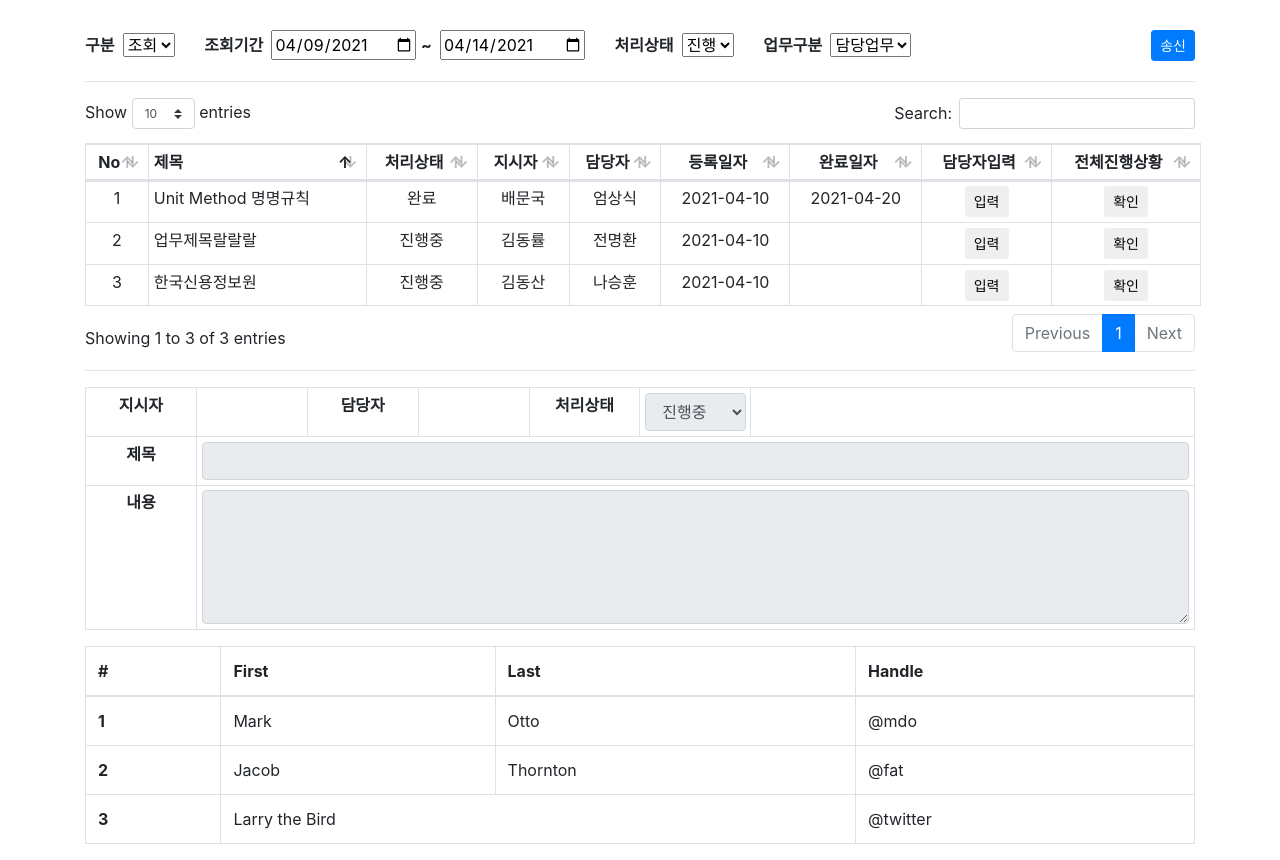
Repository: jungtaeyong/FSB_Project
Page: http://localhost/FsbJobMgt/main.jsp
These files come from the project's save history. The page is drawn as it stood at one moment and after the next save; the edit follows.
The browser window is 1280 px wide. The pictures show the whole page.
The page is served by Tomcat 9.

Above is the page before, as saved 2021-04-16 03:38:24.

### FsbJobMgt/WebContent/main.jsp
<%@ page language="java" contentType="text/html; charset=EUC-KR" pageEncoding="EUC-KR"%>
<%@ include file="/modal1_Adding.jsp" %>

<!DOCTYPE html PUBLIC "-//W3C//DTD HTML 4.01 Transitional//EN" "http://www.w3.org/TR/html4/loose.dtd">
<html>
<head>
<meta http-equiv="Content-Type" content="text/html; charset=EUC-KR">
<title>업무 관리</title>
</head>
<body>
<!-- jquery  -->
<script type="text/javascript" src="js/jquery-3.6.0.min.js"></script>

<!-- bootstrap -->
<link rel="stylesheet" type="text/css" href="lib/Bootstrap-4-4.1.1/css/bootstrap.min.css"/>
<script type="text/javascript" src="lib/Bootstrap-4-4.1.1/js/bootstrap.min.js"></script>

<!-- datatables -->
<link rel="stylesheet" type="text/css" href="lib/DataTables-1.10.24/css/dataTables.bootstrap4.min.css"/>
<script type="text/javascript" src="lib/DataTables-1.10.24/js/jquery.dataTables.min.js"></script>
<script type="text/javascript" src="lib/DataTables-1.10.24/js/dataTables.bootstrap4.min.js"></script>
<script>
$(document).ready(function() {
	/* 초기 조회 조건 세팅 */
	$('#REQUEST_TYPE').val('1'); //구분
	$('#BZWR_STS').val('01'); //처리상태
	$('#BZWR_DSTC').val('2'); //업무구분

	let befor7days= new Date();
	befor7days.setDate(befor7days.getDate()-5);
	document.getElementById('FROM_DATE').valueAsDate = befor7days; //FROM_DATE
	document.getElementById('TO_DATE').valueAsDate = new Date(); //TO_DATE

	/* 테이블 초기 로딩 */
	setTable();

	/* 송신버튼 */
	$('#action_submit').click(function(){
		let dvcd = $('#REQUEST_TYPE').val();
		if(dvcd=='1'){
			alert('조회');
			setTable();
		}else if(dvcd=='2'){
			alert('등록');
			createNewJob();
		}else if(dvcd=='3'){
			alert('변경');
			updateJob();
		}
	});

	/* 구분 변경 이벤트 처리 */
	$('#REQUEST_TYPE').change(function() {
		let dvcd = $('#REQUEST_TYPE').val();
		if(dvcd=='1'){
			$('#BZWR_EXC_CHGR_BTN').hide();
			$('#BZWR_STS_2').attr("disabled",true);
			$('#BZWR_TTL').attr("disabled",true);
			$('#BZWR_CNTN').attr("disabled",true);
		}else if(dvcd=='2'){
			$('#BZWR_INDC_CHGR').text('로그인 유저');
			$('#BZWR_EXC_CHGR').text('');
			$('#BZWR_EXC_CHGR_BTN').show();
			$('#BZWR_STS_2').attr("disabled",true);
			$('#BZWR_TTL').val("");
			$('#BZWR_CNTN').val("");
			$('#BZWR_TTL').removeAttr("disabled");
			$('#BZWR_CNTN').removeAttr("disabled");
		}else if(dvcd=='3'){
			$('#BZWR_EXC_CHGR_BTN').show();
			$('#BZWR_STS_2').removeAttr("disabled");
			$('#BZWR_TTL').removeAttr("disabled");
			$('#BZWR_CNTN').removeAttr("disabled");
			alert('변경할 데이터를 선택해주세요.');
		}
	});

} );

/* 테이블 데이터 로딩 및 기능 세팅 */
function setTable(){
	/* 테이블 데이터 로딩 */
	let jobList = $('#job_list').DataTable( {
        ajax : {
        	url : 'lib/testJson2.json',
        	data : {
        		REQUEST_TYPE:$('#REQUEST_TYPE').val(),
        		FROM_DATE:$('#FROM_DATE').val(),
        		TO_DATE:$('#TO_DATE').val(),
        		BZWR_STS:$('#BZWR_STS').val(),
        		BZWR_DSTC:$('#BZWR_DSTC').val()
        	}
        },
        columns : [
			{data: null },
			{data: "BZWR_TTL" },
            {data: "BZWR_STS", render : function ( data, type, row, meta ) {
            	if(data=="01"){
            		return '진행중';
            	}else if(data=="02"){
            		return '완료';
            	}
            }},
            {data: "BZWR_INDC_CHGR_TXT" },
            {data: "BZWR_EXC_CHGR_TXT" },
            {data: "BZWR_REG_DT" },
            {data: "BZWR_CMPL_DT" },
            {data: null , render : function ( data, type, row, meta ) {
                return '<button name="first_btn" class="btn btn-sm btn-default">입력</button>'
            }},
            {data: null , render : function ( data, type, row, meta ) {
                return '<button name="second_btn" class="btn btn-sm btn-default">확인</button>'
            }}
        ],
        columnDefs: [{ className: 'text-center', targets: [0,2,3,4,5,6,7,8] }],
        order: [[ 1, 'asc' ]]
    } );

	/* 테이블 Index 생성을 위한 함수 */
	jobList.on( 'order.dt search.dt', function () {
		jobList.column(0, {search:'applied', order:'applied'}).nodes().each( function (cell, i) {
            cell.innerHTML = i+1;
        } );
    } ).draw();

	/* 테이블 클릭 이벤트  -> 클릭한 row에 해당하는 데이터를 상세 정보에 보여줌*/
	$('#job_list tbody').on('click', 'td:nth-child(-n+7)', function () {
		let data = jobList.row( this ).data();
        console.log('Table Click Event',data);

		if($('#REQUEST_TYPE').val()!='2'){ //"구분-등록" 상태면 반응 없음.
	        $('#BZWR_INDC_CHGR').text(data.BZWR_INDC_CHGR_TXT); //지시자
	        $('#BZWR_EXC_CHGR').text(data.BZWR_EXC_CHGR_TXT); //담당자
	        $('#BZWR_STS_2').val(data.BZWR_STS); //처리상태(업무상태)
	        $('#BZWR_TTL').val(data.BZWR_TTL); //제목
	        $('#BZWR_CNTN').val(data.BZWR_CNTN); //내용
	        if($('#REQUEST_TYPE').val()=='1' || data.BZWR_STS=='02'){
	        	$('#BZWR_EXC_CHGR_BTN').hide();
				$('#BZWR_STS_2').attr("disabled",true);
				$('#BZWR_TTL').attr("disabled",true);
				$('#BZWR_CNTN').attr("disabled",true);
	        }else{
	        	$('#BZWR_EXC_CHGR_BTN').show();
				$('#BZWR_STS_2').removeAttr("disabled");
				$('#BZWR_TTL').removeAttr("disabled");
				$('#BZWR_CNTN').removeAttr("disabled");
	        }
		}
    } );

	/* 선택된  row 하이라이트 */
	$('#job_list tbody').on('click', 'tr', function() {
		$('#job_list tbody > tr').css('background-color','#ffffff');
		$(this).css('background-color','#f0f5f5');
	});

	/* 테이블 버튼 이벤트(담당자입력) */
	$('#job_list tbody').on( 'click', 'button[name="first_btn"]', function () {
        let data = jobList.row( $(this).parents('tr') ).data();
		//console.log("First Button",data);
		setData(data); //모달 페이지로 데이터를 전달하기 위한 함수
		$('#exampleModal').modal();
    } );

	/* 테이블 버튼 이벤트(전체진행상황) */
	$('#job_list tbody').on( 'click', 'button[name="second_btn"]', function () {
        let data = jobList.row( $(this).parents('tr') ).data();
		//console.log("Second Button",data);
        setData(data); //모달 페이지로 데이터를 전달하기 위한 함수
		$('#exampleModalCenter').modal();
    } );
}

/* 등록 */
function createNewJob(){
	$.ajax({
		url:'',
		dataType:'application/json',
		data : {
			REQUEST_TYPE:$('#REQUEST_TYPE').val(), //구분(조회,등록,변경)
			BZWR_DSTC:$('#BZWR_DSTC').val(), //업무구분
			BZWR_INDC_CHGR:'로그인 유저', //업무지시담당자
			BZWR_EXC_CHGR:'담당자', //업무수행담당자
			BZWR_STS:'1', //업무상태 (등록 시 진행으로 세팅)
			BZWR_TTL:$('#BZWR_TTL').val(), //업무제목
			BZWR_CNTN:$('#BZWR_CNTN').val() //업무내용
		},
		success:function(data){
			alert('등록 되었습니다.');
	   }
	})
}

/* 변경 */
function updateJob(){
	$.ajax({
		url:'',
		dataType:'application/json',
		data : {
			REQUEST_TYPE:$('#REQUEST_TYPE').val(), //구분(조회,등록,변경)
			BZWR_DSTC:$('#BZWR_DSTC').val(), //업무구분
			BZWR_EXC_CHGR:'담당자', //업무수행담당자
			BZWR_STS:$('#BZWR_STS_2').val(), //업무상태
			BZWR_TTL:$('#BZWR_TTL').val(), //업무제목
			BZWR_CNTN:$('#BZWR_CNTN').val() //업무내용
		},
		success:function(data){
			alert('변경 되었습니다.');
	   }
	})
}

</script>
<div class="container" style="margin-top:30px">
	<!-- 조회 조건 -->
	<div>
		<div>
			<label style="font-weight:bold;">구분&nbsp;</label>
			<select id="REQUEST_TYPE" style="margin-right:25px">
			    <option value="1">조회</option>
			    <option value="2">등록</option>
			    <option value="3">변경</option>
			</select>
			<label style="font-weight:bold">조회기간&nbsp;</label>
			<input type="date" id="FROM_DATE" style="width:145px" value=""/>
			<label style="font-weight:bold">~&nbsp;</label>
			<input type="date" id="TO_DATE" value=""  style="margin-right:25px;width:145px"/>
			<label style="font-weight:bold;">처리상태&nbsp;</label>
			<select id="BZWR_STS" style="margin-right:25px">
			    <option value="01">진행</option>
			    <option value="02">완료</option>
			    <option value="03">전체</option>
			</select>
			<label style="font-weight:bold;">업무구분&nbsp;</label>
			<select id="BZWR_DSTC">
			    <option value="1">지시업무</option>
			    <option value="2">담당업무</option>
			</select>
			<input type='button' id="action_submit" class="btn btn-sm btn-primary" style="float:right" value='송신'/>
		</div>
	</div>
	<hr/>
	<!-- 목록 -->
	<div>
		<table id="job_list" class="table table-sm table-bordered">
	        <thead>
	            <tr>
	            	<th>No</th>
	                <th>제목</th>
	                <th>처리상태</th>
	                <th>지시자</th>
	                <th>담당자</th>
	                <th>등록일자</th>
	                <th>완료일자</th>
	                <th>담당자입력</th>
	                <th>전체진행상황</th>
	            </tr>
	        </thead>
	    </table>
	</div>
	<hr/>
	<!-- 상세 -->
	<div>
		<table class="table table-bordered table-sm display" style="text-align:center;">
			<tr>
				<th scope="col" width="10%">지시자</th>
				<td scope="col" id="BZWR_INDC_CHGR" width="10%"></td>
				<th scope="col" width="10%">담당자</th>
				<td scope="col" width="10%">
					<span id="BZWR_EXC_CHGR"></span>
					<button id="BZWR_EXC_CHGR_BTN" class="btn btn-sm btn-info" style="display:none">선택</button>
				</td>
				<th scope="col" width="10%">처리상태</th>
				<td scope="col" width="10%">
					<select id="BZWR_STS_2" class="form-control input-sm" disabled>
					    <option value="01">진행중</option>
					    <option value="02">완료</option>
					</select>
				</td>
				<td scope="col"></td>
			</tr>
			<tr>
				<th scope="row">제목</th><td colspan="6"><input type="text" id="BZWR_TTL" class="form-control input-sm" disabled/></td>
			</tr>
			<tr>
				<th scope="row">내용</th><td colspan="6"><textarea ID="BZWR_CNTN" class="form-control input-sm" rows="5" disabled></textarea></td>
			</tr>
		</table>
	</div>

	<div>
	<table class="table table-bordered">
  <thead>
    <tr>
      <th scope="col">#</th>
      <th scope="col">First</th>
      <th scope="col">Last</th>
      <th scope="col">Handle</th>
    </tr>
  </thead>
  <tbody>
    <tr>
      <th scope="row">1</th>
      <td>Mark</td>
      <td>Otto</td>
      <td>@mdo</td>
    </tr>
    <tr>
      <th scope="row">2</th>
      <td>Jacob</td>
      <td>Thornton</td>
      <td>@fat</td>
    </tr>
    <tr>
      <th scope="row">3</th>
      <td colspan="2">Larry the Bird</td>
      <td>@twitter</td>
    </tr>
  </tbody>
</table>
	</div>
</div>
</body>
</html>

### FsbJobMgt/WebContent/modal1_Adding.jsp
<%@ page language="java" contentType="text/html; charset=EUC-KR"
    pageEncoding="EUC-KR"%>
<!DOCTYPE html>

<html lang="en">
  <head>
    <!-- Required meta tags -->
    <meta charset="utf-8">
    <meta name="viewport" content="width=device-width, initial-scale=1, shrink-to-fit=no">

	<!-- jquery  -->
	<script type="text/javascript" src="js/jquery-3.6.0.min.js"></script>

	<!-- bootstrap -->
	<link rel="stylesheet" type="text/css" href="lib/Bootstrap-4-4.1.1/css/bootstrap.min.css"/>
	<script type="text/javascript" src="lib/Bootstrap-4-4.1.1/js/bootstrap.min.js"></script>




<!--     드롭다운 style -->
    <style>
	.dropbtn {
	  background-color: #4CAF50;
	  color: white;
	  padding: 16px;
	  font-size: 16px;
	  border: none;
	}

	.dropdown {
	  position: relative;
	  display: inline-block;
	}

	.dropdown-content {
	  display: none;
	  position: absolute;
	  background-color: #f1f1f1;
	  min-width: 160px;
	  box-shadow: 0px 8px 16px 0px rgba(0,0,0,0.2);
	  z-index: 1;
	}

	.dropdown-content a {
	  color: black;
	  padding: 12px 16px;
	  text-decoration: none;
	  display: block;
	}

	.dropdown-content a:hover {background-color: #ddd;}

	.dropdown:hover .dropdown-content {display: block;}

	.dropdown:hover .dropbtn {background-color: #3e8e41;}
	</style>

  </head>
  <script>
	function setData(data){
		let dataObjFromMain; //dataObjFromMain.JOB_CD 처럼 접근해서 사용.
		dataObjFromMain=data;
		console.log('dataObjFromMain',dataObjFromMain); //확인용

		/* 여기에 DB에 데이터 요청하고 받아오고 view에 적용하는 로직 작성 */
	}
  </script>
  <body>
    <!--
    <h1>In Page</h1>
	<button type="button" class="btn btn-primary" data-toggle="modal" data-target="#exampleModal" data-whatever="@mdo">담당자 추가</button>
	-->


	<!-- 	### 담당자 추가 -->
	<div class="modal fade" id="exampleModal" tabindex="-1" role="dialog" aria-labelledby="exampleModalLabel" aria-hidden="true">
	  <div class="modal-dialog" role="document">
	    <div class="modal-content">
	      <div class="modal-header">
	        <h5 class="modal-title" id="exampleModalLabel">담당자 추가</h5>
	        <button type="button" class="close" data-dismiss="modal" aria-label="Close">
	          <span aria-hidden="true">&times;</span>
	        </button>
	      </div>

	      <div class="modal-body">
		    <b>최초 지시자&emsp;</b> <em>OOO</em>
		    &emsp;&emsp;&emsp;&emsp;&emsp;
		    <b>현재 담당자&emsp;</b> <em>OOO</em>

	     	<br/><br/>

			<table>
				<tr><!--행(row)선언-->
	                <th><b>추가 담당자</b></th>


	                	<!-- <input type="text" name = "UserID" value="" placeholder = "담당자 입력" style="width:100px; right:30%;"/> -->
	                	<!-- <input type="text" class="form-control" id="recipient-name" style="width:100px; padding-left:10px"> -->
	                	<td>
	                	&emsp;
	                		<select name="solar_birth_yn" id="solar_birth_yn">
		                		<option value="none">부 서</option>
		 				       	<option value="1">IT</option>
					       	 	<option value="2">일반본부</option>
					   		</select>
					   	&emsp;
					   		<select name="solar_birth_yn" id="solar_birth_yn">
		                		<option value="none">팀</option>
		 				       	<option value="1">계정운영팀</option>
					       	 	<option value="2">계정개발팀</option>
					   		</select>
					   	&emsp;
					   		<select name="solar_birth_yn" id="solar_birth_yn">
		                		<option value="none">사원</option>
		 				       	<option value="1">홍길동</option>
					       	 	<option value="2">김동율</option>
					   		</select>
					    </td>

	                <!-- <th rowspan="2"><input type="submit" value="로그인"/></th> -->
        	    </tr>
			</table>


			<hr>

	        <form>
	          <div class="form-group">
	            <label for="recipient-name" class="col-form-label">제 목</label>
	            <input type="text" class="form-control" id="recipient-name">
	          </div>
	          <div class="form-group">
	            <label for="message-text" class="col-form-label">내 용</label>
	            <textarea class="form-control" id="message-text" style="height:100px"></textarea>
	          </div>
	        </form>
	      </div>

	      <div class="modal-footer">
	        <button type="button" class="btn btn-secondary" data-dismiss="modal">닫기</button>
	        <button type="button" class="btn btn-primary">등록</button>
	      </div>
	    </div>
	  </div>
	</div>

	<!-- 	### 지시현황 체크 -->
		<!-- Button trigger modal -->
	<!--
	<button type="button" class="btn btn-primary" data-toggle="modal" data-target="#exampleModalCenter">
	  지시현황
	</button>
	-->

	<!-- Modal -->
	<div class="modal fade" id="exampleModalCenter" tabindex="-1" role="dialog" aria-labelledby="exampleModalCenterTitle" aria-hidden="true">
	  <div class="modal-dialog modal-dialog-centered" role="document">
	    <div class="modal-content">
	      <div class="modal-header">
	        <h5 class="modal-title" id="exampleModalCenterTitle">지시현황</h5>
	        <button type="button" class="close" data-dismiss="modal" aria-label="Close">
	          <span aria-hidden="true">&times;</span>
	        </button>
	      </div>

	      <div class="modal-body">
		     <table class="table">
				 <thead>
				   <tr>
				      <th>지시자</th>
				      <th>담당자</th>
				      <th>처리 상태</th>
   				      <th>지시 일자</th>
				   </tr>
				 </thead>
				 <tbody>
				   <tr>
				      <td>John</td>
				      <td>Doe</td>
				      <td>진행중</td>
				      <td>2021.03.01</td>
				   </tr>
				   <tr>
				      <td>Doe</td>
				      <td>Moe</td>
				      <td>진행중</td>
   				      <td>2021.04.02</td>
				   </tr>
				   <tr>
				      <td>Moe</td>
				      <td>Ryul</td>
				      <td>완료</td>
				      <td>2021.04.10</td>
				   </tr>
				 </tbody>
			</table>
	      </div>

	      <div class="modal-footer">
	        <button type="button" class="btn btn-secondary" data-dismiss="modal">닫기</button>
	      </div>
	    </div>
	  </div>
</div>




 </body>
</html>

### FsbJobMgt/WebContent/lib/testJson2.json
{
  "data": [
    {
      "BZWR_DSTC": "1",
      "JOB_CD": "20210410123456",
      "SQNO": "1",
      "BZWR_STS": "01",
      "BZWR_REG_DT": "2021-04-10",
      "BZWR_CMPL_DT": "",
      "BZWR_INDC_CHGR": "221001",
      "BZWR_INDC_CHGR_TXT": "김동률",
      "BZWR_EXC_CHGR":"221002",
      "BZWR_EXC_CHGR_TXT":"전명환",
      "BZWR_TTL":"업무제목랄랄랄",
      "BZWR_CNTN":"업무내용호롤롤롤"
    },
    {
      "BZWR_DSTC": "1",
      "JOB_CD": "20210410153215",
      "SQNO": "2",
      "BZWR_STS": "01",
      "BZWR_REG_DT": "2021-04-10",
      "BZWR_CMPL_DT": "",
      "BZWR_INDC_CHGR": "221001",
      "BZWR_INDC_CHGR_TXT": "김동산",
      "BZWR_EXC_CHGR":"221002",
      "BZWR_EXC_CHGR_TXT":"나승훈",
      "BZWR_TTL":"한국신용정보원",
      "BZWR_CNTN":"일반신용정보관리규약 실무 해설"
    },
    {
      "BZWR_DSTC": "1",
      "JOB_CD": "20210410095031",
      "SQNO": "3",
      "BZWR_STS": "02",
      "BZWR_REG_DT": "2021-04-10",
      "BZWR_CMPL_DT": "2021-04-20",
      "BZWR_INDC_CHGR": "221001",
      "BZWR_INDC_CHGR_TXT": "배문국",
      "BZWR_EXC_CHGR":"221002",
      "BZWR_EXC_CHGR_TXT":"엄상식",
      "BZWR_TTL":"Unit Method 명명규칙",
      "BZWR_CNTN":"피대문자 어플리케이션코드 세자리 대문자 업무구분코드"
    }
 ]
}

Loaded but not shown: FsbJobMgt/WebContent/js/jquery-3.6.0.min.js (library); FsbJobMgt/WebContent/lib/Bootstrap-4-4.1.1/css/bootstrap.min.css (library); FsbJobMgt/WebContent/lib/Bootstrap-4-4.1.1/js/bootstrap.min.js (library); FsbJobMgt/WebContent/lib/DataTables-1.10.24/css/dataTables.bootstrap4.min.css (library); FsbJobMgt/WebContent/lib/DataTables-1.10.24/js/jquery.dataTables.min.js (library); FsbJobMgt/WebContent/lib/DataTables-1.10.24/js/dataTables.bootstrap4.min.js (library)

After the next save:
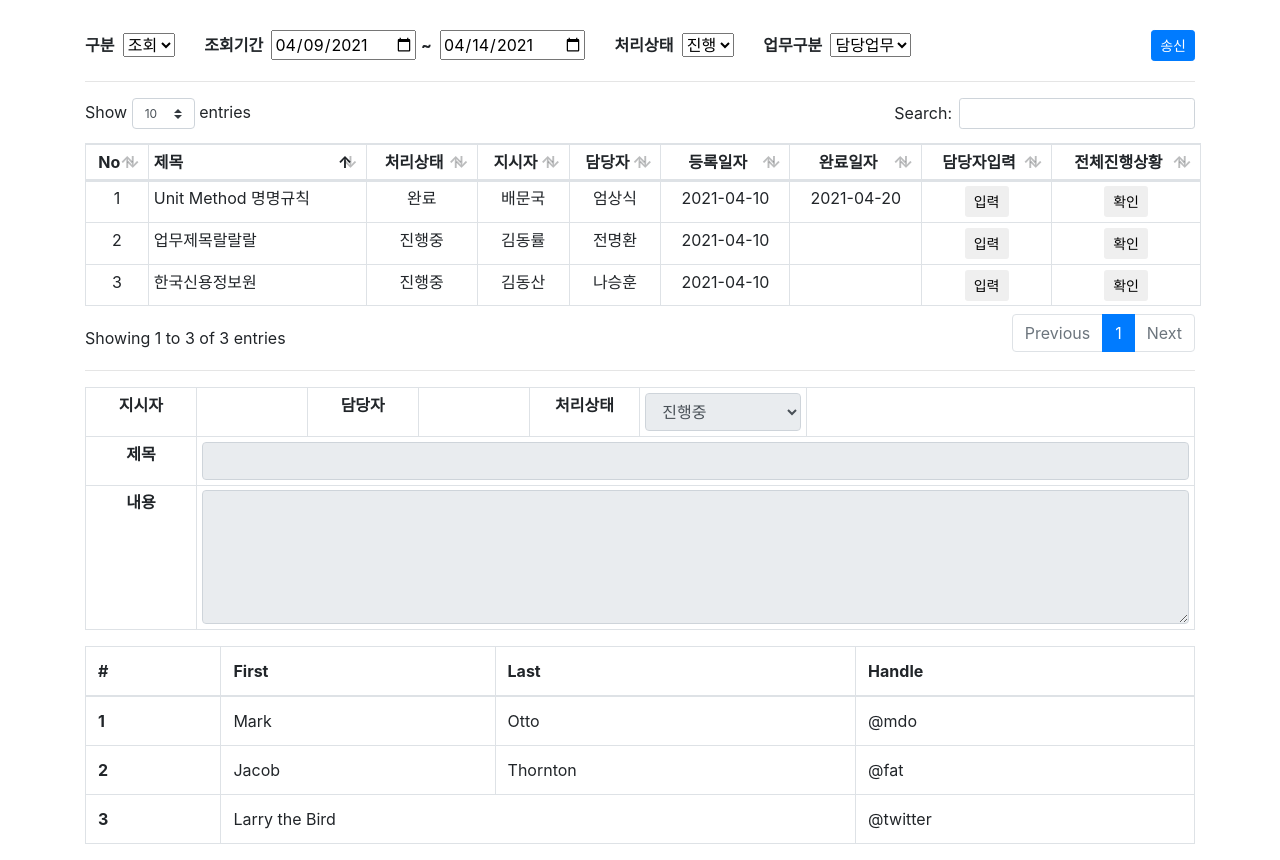
Saved 46 s later.
--- a/FsbJobMgt/WebContent/main.jsp
+++ b/FsbJobMgt/WebContent/main.jsp
@@ -271,8 +271,8 @@ function updateJob(){
 					<button id="BZWR_EXC_CHGR_BTN" class="btn btn-sm btn-info" style="display:none">선택</button>
 				</td>
 				<th scope="col" width="10%">처리상태</th>
-				<td scope="col" width="10%">
-					<select id="BZWR_STS_2" class="form-control input-sm" disabled>
+				<td scope="col" width="15%">
+					<select id="BZWR_STS_2" class="form-control" disabled>
 					    <option value="01">진행중</option>
 					    <option value="02">완료</option>
 					</select>
